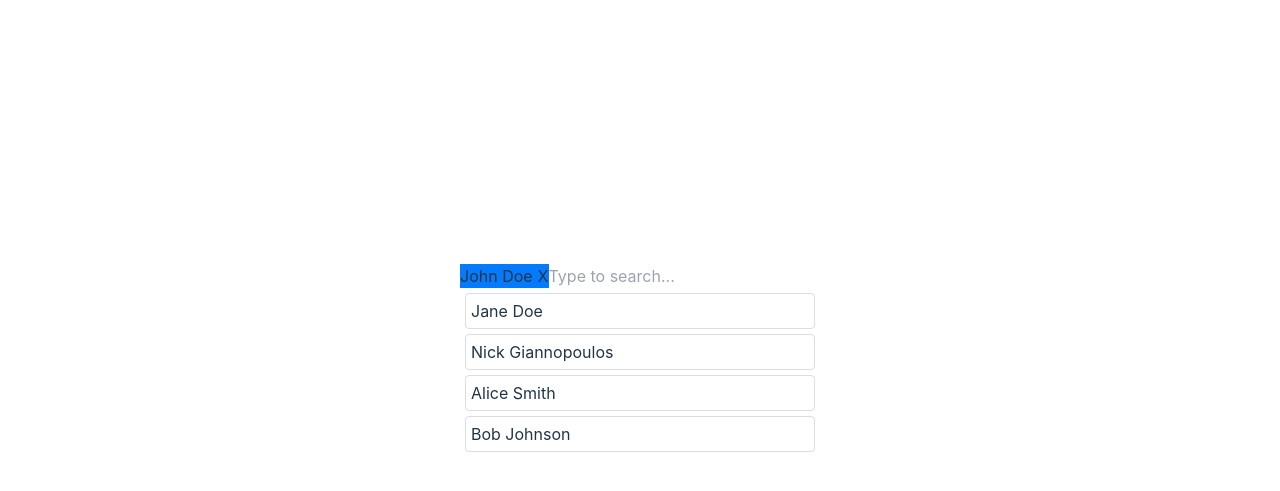
Repository: Ayansaxena24/Chip
Page: /, after clicking the first element matching `li`
These files come from the project's save history. The page is drawn as it stood at one moment and after the next save; the edit follows.
The browser window is 1280 px wide. The pictures show the whole page.
Some web libraries are served in a nearby version. The project was rebuilt for these pictures with package versions that can differ from the ones it lists, and the page was loaded fresh each time. Also part of the build but not shown: vite.config.ts.

Above is the page before, as saved 2024-01-16 03:07:55.

### index.html
<!doctype html>
<html lang="en">
  <head>
    <meta charset="UTF-8" />
    <link rel="icon" type="image/svg+xml" href="/vite.svg" />
    <meta name="viewport" content="width=device-width, initial-scale=1.0" />
    <script src="https://cdn.tailwindcss.com"></script>    <title>Vite + React + TS</title>
  </head>
  <body>
    <div id="root"></div>
    <script type="module" src="/src/main.tsx"></script>
  </body>
</html>

### src/App.tsx
import { BrowserRouter as Router, Routes, Route } from 'react-router-dom'
import ChipInput from './chipInput'

const App = () => {
  return (
    <Router>
      <Routes>
      <Route path="/" element={<ChipInput />} />
      </Routes>
    </Router>
  )
}

export default App

### src/ChipInput.tsx
// ChipInput.tsx

import React, {
  useState,
  useRef,
  useEffect,
  KeyboardEvent,
  ChangeEvent,
} from "react";
import "./ChipInput.css"; // Import your CSS file (e.g., TailwindCss/SCSS)

interface Chip {
  id: number;
  label: string;
}

const ChipInput: React.FC = () => {
  const [inputValue, setInputValue] = useState<string>("");
  const [chips, setChips] = useState<Chip[]>([]);
  const [filteredItems, setFilteredItems] = useState<string[]>([]);
  const inputRef = useRef<HTMLInputElement>(null);

  const items = [
    "John Doe",
    "Jane Doe",
    "Nick Giannopoulos",
    "Alice Smith",
    "Bob Johnson",
  ];

  useEffect(() => {
    setFilteredItems(
      items.filter((item) => !chips.find((chip) => chip.label === item))
    );
  }, [chips]);

  const handleInputChange = (e: ChangeEvent<HTMLInputElement>) => {
    const value = e.target.value;
    setInputValue(value);

    if (value.trim() === "" && chips.length > 0) {
      highlightLastChip();
    } else {
      setFilteredItems(
        items.filter((item) => item.toLowerCase().includes(value.toLowerCase()))
      );
    }
  };

  const handleChipClick = (item: string) => {
    setChips((prevChips) => [...prevChips, { id: Date.now(), label: item }]);
    setInputValue("");
  };

  const handleChipRemove = (id: number) => {
    setChips((prevChips) => prevChips.filter((chip) => chip.id !== id));
  };

  const handleInputKeyDown = (e: KeyboardEvent<HTMLInputElement>) => {
    if (e.key === "Backspace" && inputValue === "" && chips.length > 0) {
      e.preventDefault();
      const lastChip = chips[chips.length - 1];
      handleChipRemove(lastChip.id);
    }
  };

  const highlightLastChip = () => {
    const lastChip = document.querySelector(".chip:last-child");
    if (lastChip) {
      lastChip.classList.add("highlighted");
    }
  };

  return (
    <div className="w-screen flex justify-center items-center">
      <div className="flex flex-col w-[50vh]">
        <div className="flex flex-wrap">
          {chips.map((chip) => (
            <div
              key={chip.id}
              className="bg-[#037bfc] color"
              onClick={() => handleChipRemove(chip.id)}
            >
              {chip.label}
              <span className="chip-remove">X</span>
            </div>
          ))}
          <input
            ref={inputRef}
            type="text"
            value={inputValue}
            onChange={handleInputChange}
            onKeyDown={handleInputKeyDown}
            placeholder="Type to search..."
          />
        </div>
        <ul className="item-list">
          {filteredItems.map((item) => (
            <li key={item} onClick={() => handleChipClick(item)}>
              {item}
            </li>
          ))}
        </ul>
      </div>
    </div>
  );
};

export default ChipInput;

### src/ChipInput.css
/* ChipInput.css */

  .chip {
    background-color: #037bfc;
    color: #fff;
    padding: 5px 10px;
    margin: 5px;
    border-radius: 4px;
    cursor: pointer;
    display: flex;
    align-items: center;
  }

  .chip-remove {
    margin-left: 5px;
    cursor: pointer;
  }

  .highlighted {
    background-color: #ffcc00;
  }

  .item-list {
    list-style: none;
    padding: 0;
    margin: 0;
  }

  .item-list li {
    cursor: pointer;
    padding: 5px;
    margin: 5px;
    border: 1px solid #ddd;
    border-radius: 4px;
  }

  .item-list li:hover {
    background-color: #f0f0f0;
  }

Loaded but not shown: src/main.tsx (common file); src/index.css (common file)

After the next save:
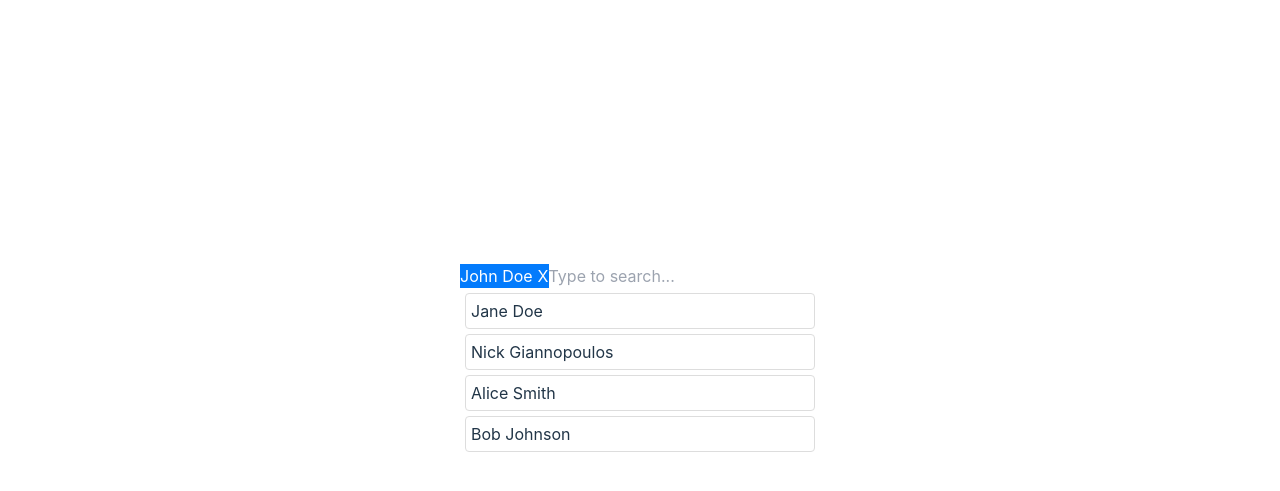
Saved 6 s later.
--- a/src/ChipInput.tsx
+++ b/src/ChipInput.tsx
@@ -78,7 +78,7 @@ const ChipInput: React.FC = () => {
           {chips.map((chip) => (
             <div
               key={chip.id}
-              className="bg-[#037bfc] color"
+              className="bg-[#037bfc] text-white"
               onClick={() => handleChipRemove(chip.id)}
             >
               {chip.label}
